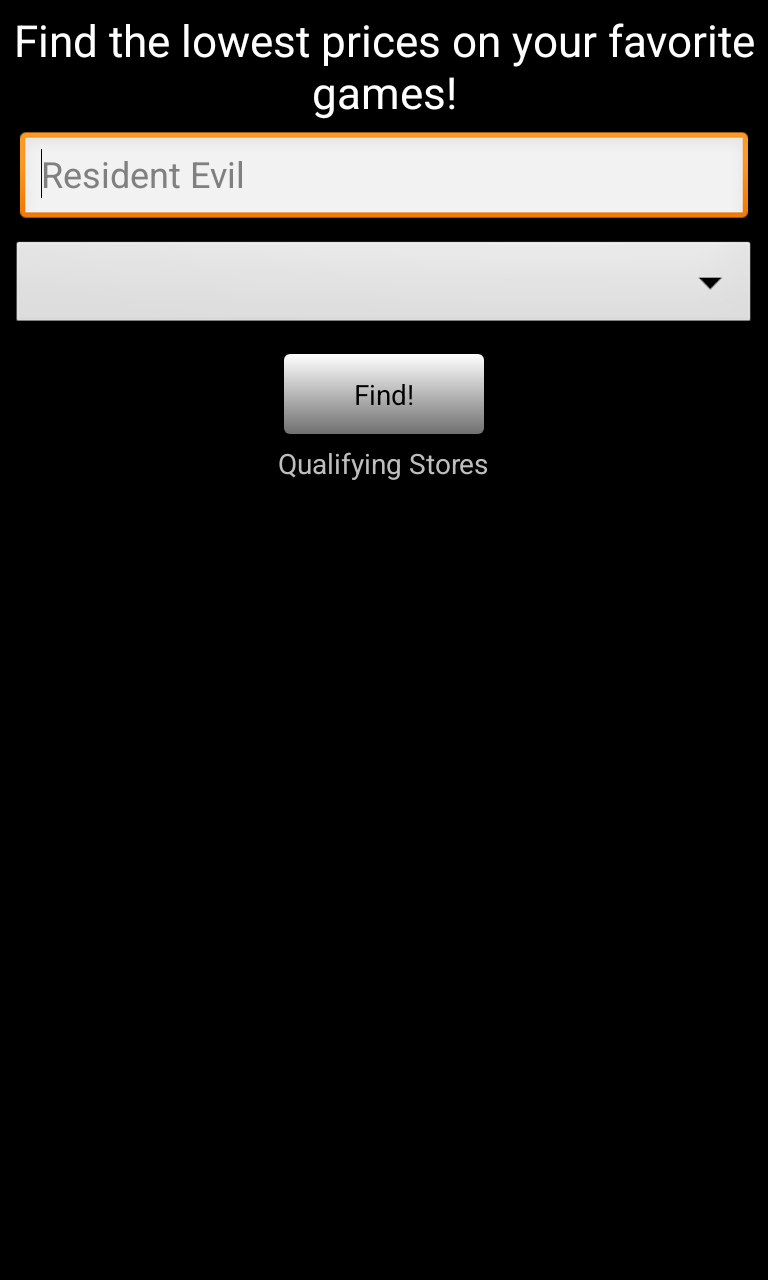
Repository: laurenelder/Java1-GameFinderApplication
Layout: GameFinder/res/layout/activity_main.xml
These files come from the project's save history. The layout is drawn as it stood at one moment and after the next save; the edit follows.
It is drawn on a 768 x 1280 px phone screen (xhdpi) without system bars, with theme android:Theme.Black; the app's code is not run. Lists and similar views that code fills are empty.

Above is the layout before, as saved 2014-06-26 04:42:22.

After the next save:
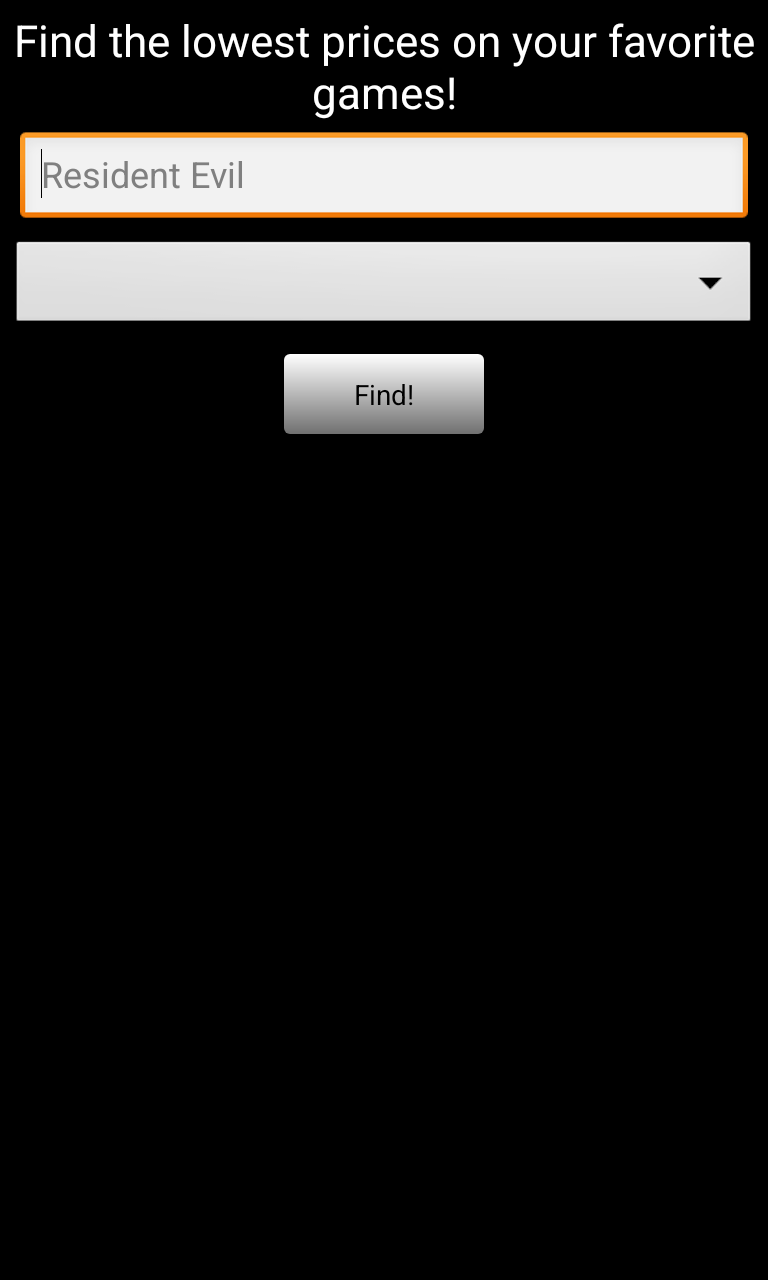
Saved 32 s later.
--- a/GameFinder/res/layout/activity_main.xml
+++ b/GameFinder/res/layout/activity_main.xml
@@ -51,13 +51,7 @@
         android:background="@drawable/gradient_button"
         android:text="@string/button_string" />
 
-    <TextView
-        android:id="@+id/storeText"
-        android:layout_width="wrap_content"
-        android:layout_height="wrap_content"
-        android:layout_marginTop="5dp"
-        android:layout_gravity="center"
-        android:text="@string/stores" />
+
 
 
 
